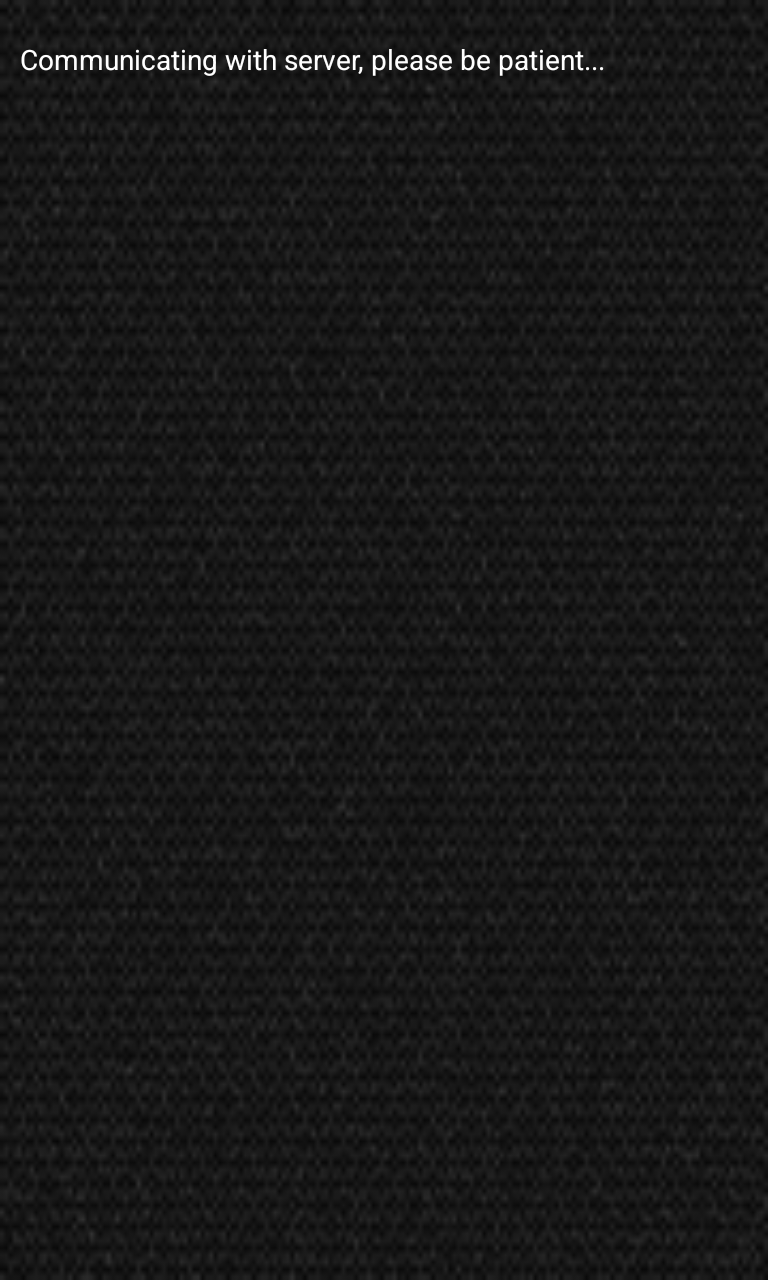
Repository: Tacohen/Killbots
Layout: Killbots/res/layout/cloud_communication.xml
The author's editor kept a copy of each file at every save. The layout is drawn from the files as they stood at one save, then again after the next save.
It is drawn on a 768 x 1280 px phone screen (xhdpi) without system bars, with theme AppTheme; the app's code is not run.

Above is the layout before, as saved 2013-12-10 03:19:42.

### Killbots/res/layout/cloud_communication.xml
<?xml version="1.0" encoding="utf-8"?>
    <LinearLayout xmlns:android="http://schemas.android.com/apk/res/android"
        android:orientation="vertical"
        android:padding="10dip"
        android:layout_width="fill_parent"
        android:layout_height="fill_parent"
        android:background="@drawable/binding_dark">

        <TextView
            android:layout_width="fill_parent"
            android:layout_height="wrap_content"
            android:layout_marginTop="10dip"
            android:textColor="#FFFFFF"
            android:text="Communicating with server, please be patient..." />

    </LinearLayout>

Loaded but not shown: Killbots/res/values/styles.xml (common file); Killbots/res/values-v11/styles.xml (common file); Killbots/res/values-v14/styles.xml (common file)

After the next save:
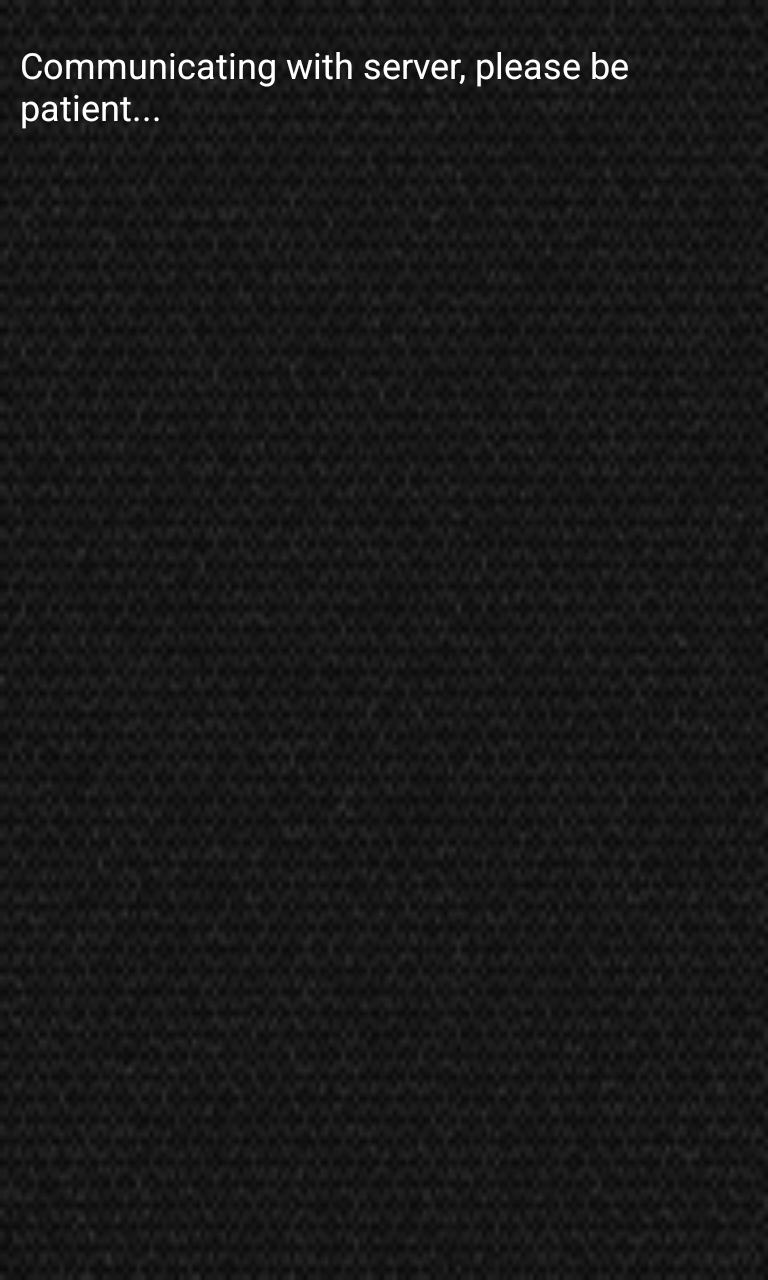
Saved 39 s later.
--- a/Killbots/res/layout/cloud_communication.xml
+++ b/Killbots/res/layout/cloud_communication.xml
@@ -7,10 +7,12 @@
         android:background="@drawable/binding_dark">
 
         <TextView
+            android:id="@+id/serverCommunicationText"
             android:layout_width="fill_parent"
             android:layout_height="wrap_content"
             android:layout_marginTop="10dip"
             android:textColor="#FFFFFF"
+            android:textAppearance="?android:attr/textAppearanceMedium"
             android:text="Communicating with server, please be patient..." />
 
     </LinearLayout>
